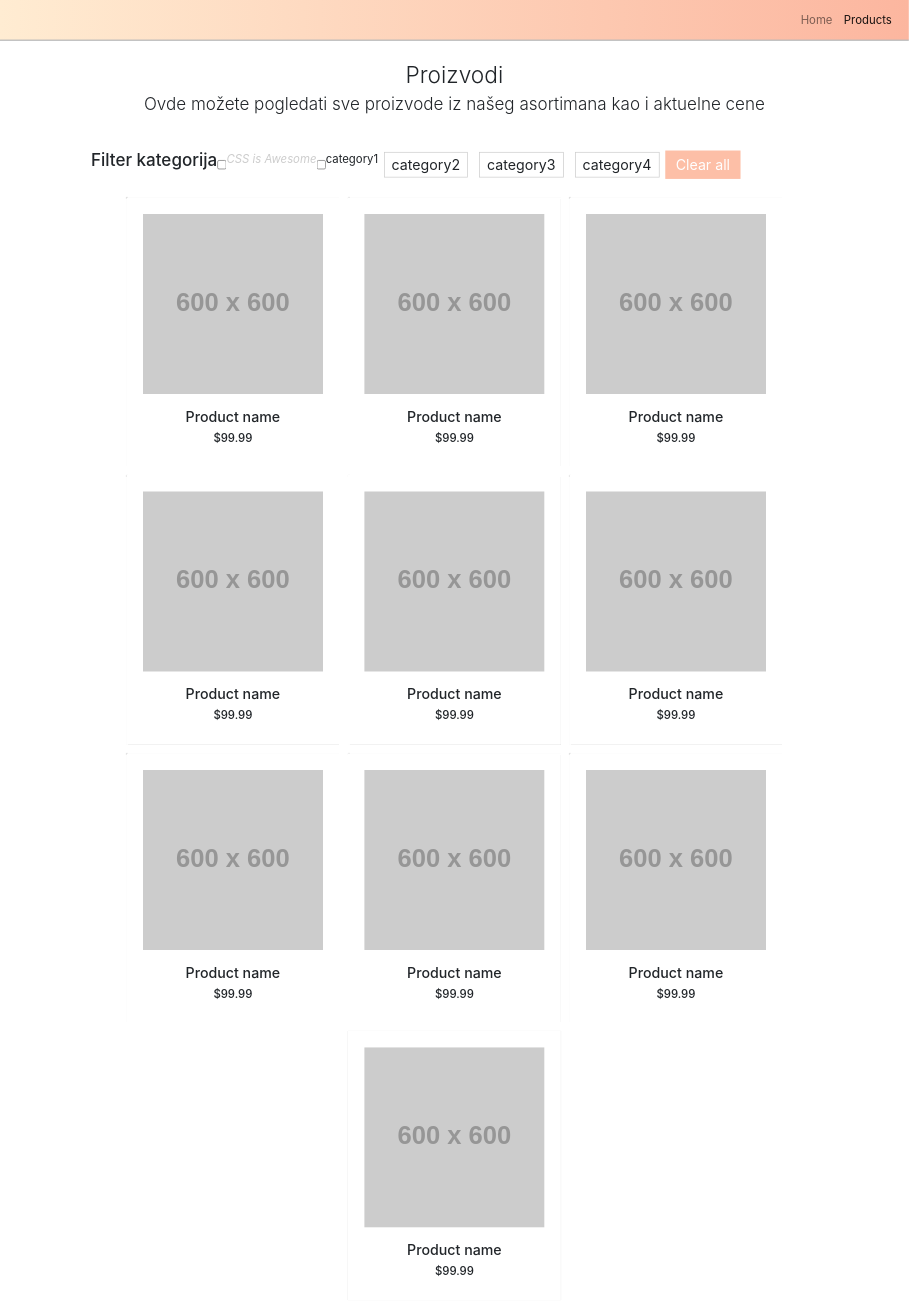
Repository: StevanFilipovic/TemplateForSinglepageWebsite
Page: products.html
These files come from the project's save history. The page is drawn as it stood at one moment and after the next save; the edit follows.
The browser window is 1280 px wide. The pictures show the whole page, at 71% of full size.
Some web libraries are served in a nearby version.

Above is the page before, as saved 2018-06-15 10:58:39.

### products.html
<!doctype html>
<html>
<head>
	<meta charset="utf-8">
	<title>One Page Scroll</title>
	<meta name="title" content="Website by Stevan" />
	<meta name="description" content="Proizvodi"/>
    <link rel="shortcut icon" id="favicon" href="">
    <meta name="viewport" content="initial-scale=1, width=device-width, maximum-scale=1, minimum-scale=1, user-scalable=no">
	<link href='http://fonts.googleapis.com/css?family=Open+Sans:300,400,700' rel='stylesheet' type='text/css'>
	<link href='http://fonts.googleapis.com/css?family=Pacifico:400' rel='stylesheet' type='text/css'>
	<script type="text/javascript" src="http://code.jquery.com/jquery-1.9.1.js"></script>
  <link href='products-page-style.css' rel='stylesheet' type='text/css'>
  <!-- Da bi koristili less potrebno je odkomentarisati donje dve linije i uraditi konverziju css-a i ubaciti u dole navedene fajlove -->
  <!-- <link rel="stylesheet/less" type="text/css" href="onepage-scrool.less" /> -->
  <!-- <link rel="stylesheet/less" type="text/css" href="styles.less" /> -->
  <!-- <script src="less.js" type="text/javascript"></script> -->
  <link rel="stylesheet" href="https://stackpath.bootstrapcdn.com/bootstrap/4.1.1/css/bootstrap.min.css" integrity="sha384-WskhaSGFgHYWDcbwN70/dfYBj47jz9qbsMId/iRN3ewGhXQFZCSftd1LZCfmhktB" crossorigin="anonymous">

<script>
    $(document).ready(function() {
  var $products = $('.grid-products'),
      $filters = $("#filters input[type='checkbox']"),
      product_filter = new ProductFilterLevel1($products, $filters);
  product_filter.init();
});

function ProductFilterLevel1(products, filters) {
  var _this = this;

  this.init = function() {
    this.products = products;
    this.filters = filters;
    this.bindEvents();
  };

  this.bindEvents = function() {
    this.filters.click(this.filterGridProducts);
    $('#none').click(this.removeAllFilters);
  };

  this.filterGridProducts = function() {
    _this.products.hide();
    var selectedFilters = _this.filters.filter(':checked');
    if (selectedFilters.length) {
      var selectedFiltersValues = [];
      selectedFilters.each(function() {
        var currentFilter = $(this);
        selectedFiltersValues.push("[data-" + currentFilter.attr('name') + "='" + currentFilter.val() + "']");
      });
      _this.products.filter(selectedFiltersValues.join(',')).show();
    } else {
      _this.products.show();
    }
  };

  this.removeAllFilters = function() {
    _this.filters.prop('checked', false);
    _this.products.show();
  }
}
</script>

</head>
<body>
        <div class="header">
                <nav class="navbar navbar-expand-lg navbar-light">
                  <!-- <a class="navbar-brand" href="#">Navbar</a> -->
                  <button class="navbar-toggler" type="button" data-toggle="collapse" data-target="#navbarNavDropdown" aria-controls="navbarNavDropdown" aria-expanded="false" aria-label="Toggle navigation">
                    <span class="navbar-toggler-icon"></span>
                  </button>
                  <div class="collapse navbar-collapse justify-content-end" id="navbarNavDropdown">
                    <ul class="navbar-nav">
                      <li class="nav-item ">
                        <a class="nav-link" href="index.html">Home </a>
                      </li>
                      <li class="nav-item active">
                        <a class="nav-link" href="products.html">Products<span class="sr-only">(current)</span></a>
                      </li>
                      </li>
                    </ul>
                  </div>
                </nav>
                </div>
<div class="intro-text">
    <h2>Proizvodi</h2>
    <h4>Ovde možete pogledati sve proizvode iz našeg asortimana kao i aktuelne cene</h4>
</div>
<div id="filters" class="products">
    <div class="filter-wrapper">
      <h4>Filter kategorija</h4>
      <input type="checkbox" id="ossm" name="ossm">
<label for="ossm">CSS is Awesome</label>
      <input type="checkbox" name="colour" id="category1" value="category1" ><span class="filters-title">category1</span></input>
      <label class="filter-container"><input type="checkbox" name="colour" id="category2" value="category2"><span class="filters-title">category2</span></input></label>
      <label class="filter-container"><input type="checkbox" name="colour" id="category3" value="category3"><span class="filters-title">category3</span></input></label>
      <label class="filter-container"><input type="checkbox" name="colour" id="category4" value="category4"><span class="filters-title">category4</span></input></label>
    </div>
    <div>
      <input class="button-clear dugme" type="button" id="none" value="Clear all"></input>
    </div>
  </div>

          <section class="products">
                <div class="product-card grid-products" data-colour="category1">
                    <div class="product-image">
                        <img src="http://via.placeholder.com/600x600">
                    </div>
                    <div class="product-info">
                        <h5>Product name</h5>
                        <h6>$99.99</h6>
                    </div>
                </div>

                <div class="product-card grid-products" data-colour="category1">
                    <div class="product-image">
                        <img src="http://via.placeholder.com/600x600">
                    </div>
                    <div class="product-info">
                        <h5>Product name</h5>
                        <h6>$99.99</h6>
                    </div>
                </div>

                <div class="product-card grid-products" data-colour="category2">
                    <div class="product-image">
                        <img src="http://via.placeholder.com/600x600">
                    </div>
                    <div class="product-info">
                        <h5>Product name</h5>
                        <h6>$99.99</h6>
                    </div>
                </div>

                <div class="product-card grid-products" data-colour="category2">
                    <div class="product-image">
                        <img src="http://via.placeholder.com/600x600">
                    </div>
                    <div class="product-info">
                        <h5>Product name</h5>
                        <h6>$99.99</h6>
                    </div>
                </div>

                <div class="product-card grid-products" data-colour="category3">
                    <div class="product-image">
                        <img src="http://via.placeholder.com/600x600">
                    </div>
                    <div class="product-info">
                        <h5>Product name</h5>
                        <h6>$99.99</h6>
                    </div>
                </div>

                <div class="product-card grid-products" data-colour="category3">
                    <div class="product-image">
                        <img src="http://via.placeholder.com/600x600">
                    </div>
                    <div class="product-info">
                        <h5>Product name</h5>
                        <h6>$99.99</h6>
                    </div>
                </div>

                <div class="product-card grid-products" data-colour="category3">
                    <div class="product-image">
                        <img src="http://via.placeholder.com/600x600">
                    </div>
                    <div class="product-info">
                        <h5>Product name</h5>
                        <h6>$99.99</h6>
                    </div>
                </div>

                <div class="product-card grid-products" data-colour="category4">
                    <div class="product-image">
                        <img src="http://via.placeholder.com/600x600">
                    </div>
                    <div class="product-info">
                        <h5>Product name</h5>
                        <h6>$99.99</h6>
                    </div>
                </div>

                <div class="product-card grid-products" data-colour="category4">
                    <div class="product-image">
                        <img src="http://via.placeholder.com/600x600">
                    </div>
                    <div class="product-info">
                        <h5>Product name</h5>
                        <h6>$99.99</h6>
                    </div>
                </div>

                <div class="product-card grid-products" data-colour="category4">
                    <div class="product-image">
                        <img src="http://via.placeholder.com/600x600">
                    </div>
                    <div class="product-info">
                        <h5>Product name</h5>
                        <h6>$99.99</h6>
                    </div>
                </div>

            </section>

</body>
</html>

### products-page-style.css
.header{
    background-image: linear-gradient(to right, #ffecd2 0%, #fcb69f 100%);
    border-bottom: 1px solid gray;
}
.intro-text{
  margin: 30px auto 50px;
}
.intro-text h2, .intro-text h4{
  text-align: center;
    font-weight: 300;
}
.products {
	display: flex;
    flex-wrap: wrap;
    width: 90%;
    margin: auto;
    justify-content: center;
}
#filters{
  margin-bottom: 20px;
  justify-content: start;
  width: 80%;
}

.product-card {
	display: flex;
	flex-direction: column;
    max-width: 300px;
	padding: 2%;
  /* flex: 1 16%; */
  margin: 6px;

	background-color: #FFF;
	box-shadow: 0px 0px 1px 0px rgba(0,0,0,0.25);
}

.product-image img {
	width: 100%;
}

.product-info {
	margin-top: auto;
	padding-top: 20px;
	text-align: center;
}

@media ( max-width: 920px ) {

	/* .product-card {
		flex: 1 21%;
	} */

	/* .products .product-card:first-child,
	.products .product-card:nth-child(2) {
		flex: 2 46%;
	} */

}

@media ( max-width: 600px ) {

	/* .product-card {
		flex: 1 46%;
	} */

}

@media ( max-width: 480px ) {

	h1 {
		margin-bottom: 20px;
	}

	.product-filter {
		flex-direction: column;
	}

	.sort {
		align-self: flex-start;
	}

}


/* Checkmark */

/* Customize the label (the container) */
.filter-container {
    display: block;
    position: relative;
    margin: auto 8px;
    cursor: pointer;
    font-size: 20px;
    -webkit-user-select: none;
    -moz-user-select: none;
    -ms-user-select: none;
    user-select: none;
    border: 1px solid #cccccc;
    padding: 2px 10px;
  }


.filter-category{
  border: 1px solid #cccccc;
  padding: 2px 10px;
  margin: auto 8px;
}

input[type=checkbox] + label {
  color: #ccc;
  font-style: italic;
}
input[type=checkbox]:checked + label {
  background: #f00;
  font-style: normal;
}


  /* Hide the browser's default checkbox */
  .filter-container input {
    position: absolute;
    opacity: 0;
    cursor: pointer;
  }

  /* Create a custom checkbox */
  .checkmark {
    position: absolute;
    top: 0;
    left: 0;
    height: 30px;
    width: 30px;
    background-color: #eee;
    display: none;
  }

  /* On mouse-over, add a grey background color */
  .filter-container:hover input ~ .checkmark {
    background-color: #ccc;
  }

  /* When the checkbox is checked, add a blue background */
  .filter-container input:checked ~ .checkmark {
    background-color: #fdbfa7;
  }

  /* Create the checkmark/indicator (hidden when not checked) */
  .checkmark:after {
    content: "";
    position: absolute;
    display: none;
  }

  /* Show the checkmark when checked */
  .filter-container input:checked ~ .checkmark:after {
    display: block;
  }

  /* Style the checkmark/indicator */
  .filter-container .checkmark:after {
    left: 9px;
    top: 5px;
    width: 10px;
    height: 15px;
    border: solid white;
    border-width: 0 3px 3px 0;
    -webkit-transform: rotate(45deg);
    -ms-transform: rotate(45deg);
    transform: rotate(45deg);
  }

  .filter-wrapper{
      display: contents;
      margin-bottom: 15px;
  }

  .button-clear{
    background: #FDBFA7;
    font-size: 20px;
    color: white;
    border-style: none;
    cursor: pointer;
    padding: 5px 15px;
  }

After the next save:
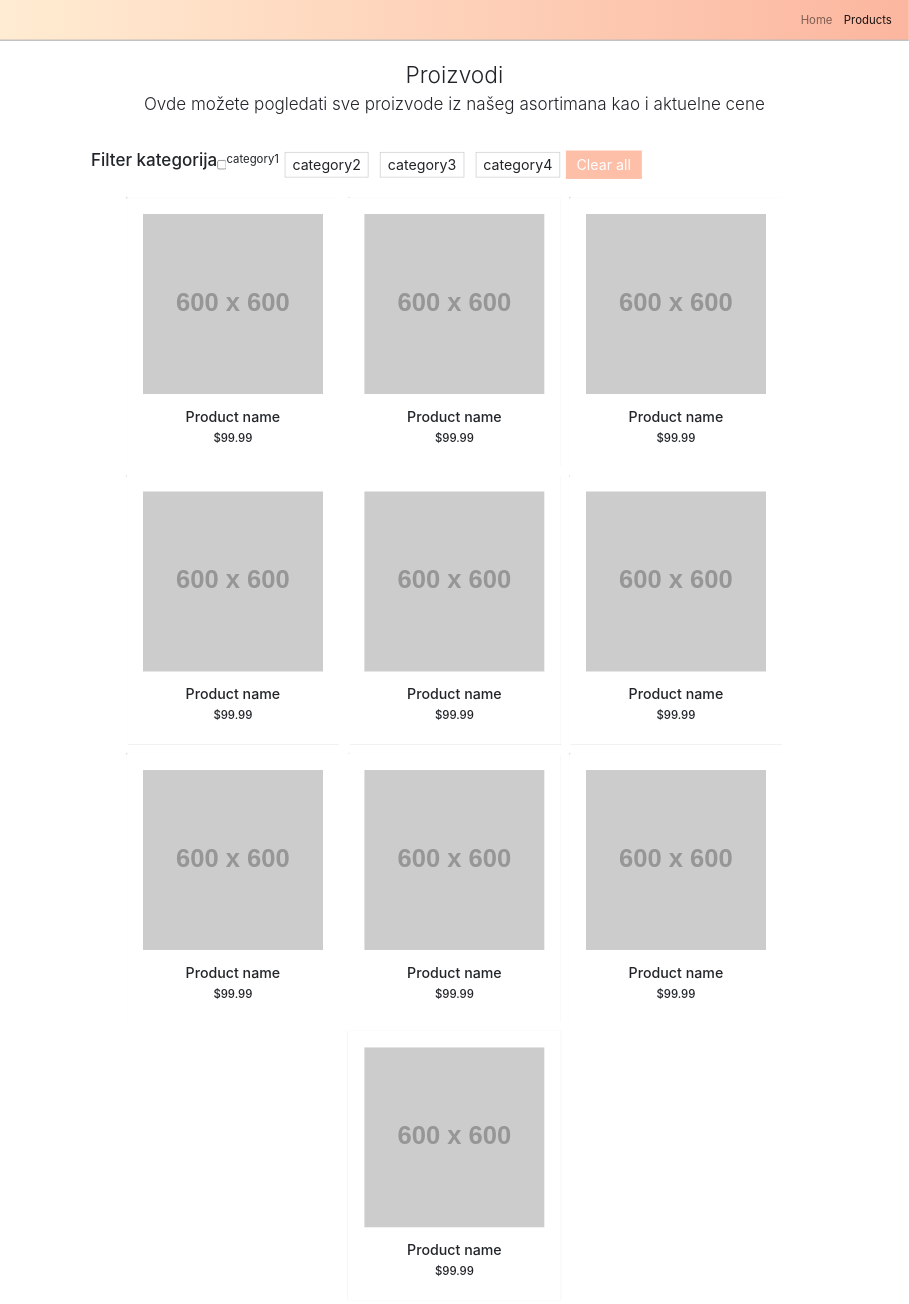
Saved 43 s later.
--- a/products.html
+++ b/products.html
@@ -89,8 +89,6 @@ function ProductFilterLevel1(products, filters) {
 <div id="filters" class="products">
     <div class="filter-wrapper">
       <h4>Filter kategorija</h4>
-      <input type="checkbox" id="ossm" name="ossm">
-<label for="ossm">CSS is Awesome</label>
       <input type="checkbox" name="colour" id="category1" value="category1" ><span class="filters-title">category1</span></input>
       <label class="filter-container"><input type="checkbox" name="colour" id="category2" value="category2"><span class="filters-title">category2</span></input></label>
       <label class="filter-container"><input type="checkbox" name="colour" id="category3" value="category3"><span class="filters-title">category3</span></input></label>
